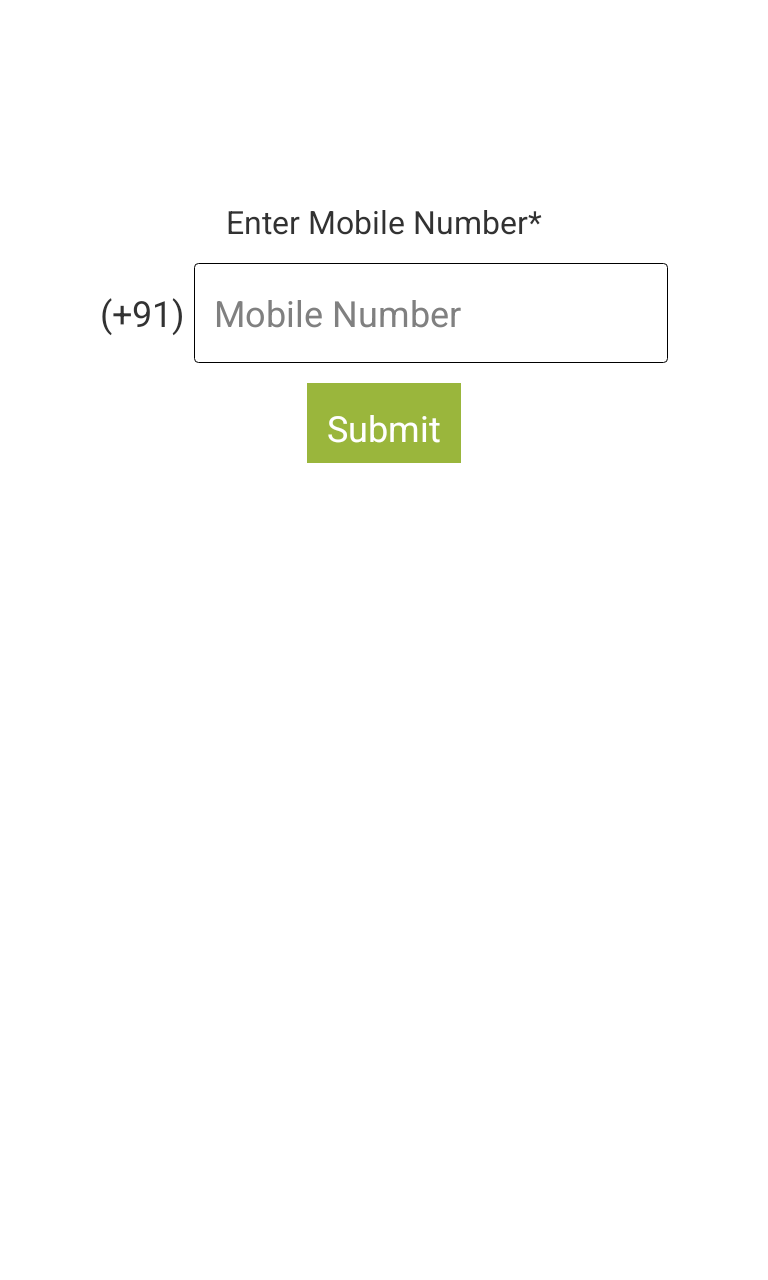
Repository: amitvikramjaiswal/amit-work
Layout: MandiTrades/MandiTradesAndroid/res/layout/first_screen.xml
An editor plug-in stored every save of this project. The layout is shown before and after the next save, followed by the edit.
It is drawn on a 768 x 1280 px phone screen (xhdpi) without system bars, with theme AppTheme; the app's code is not run.

Above is the layout before, as saved 2014-11-15 01:08:28.

After the next save:
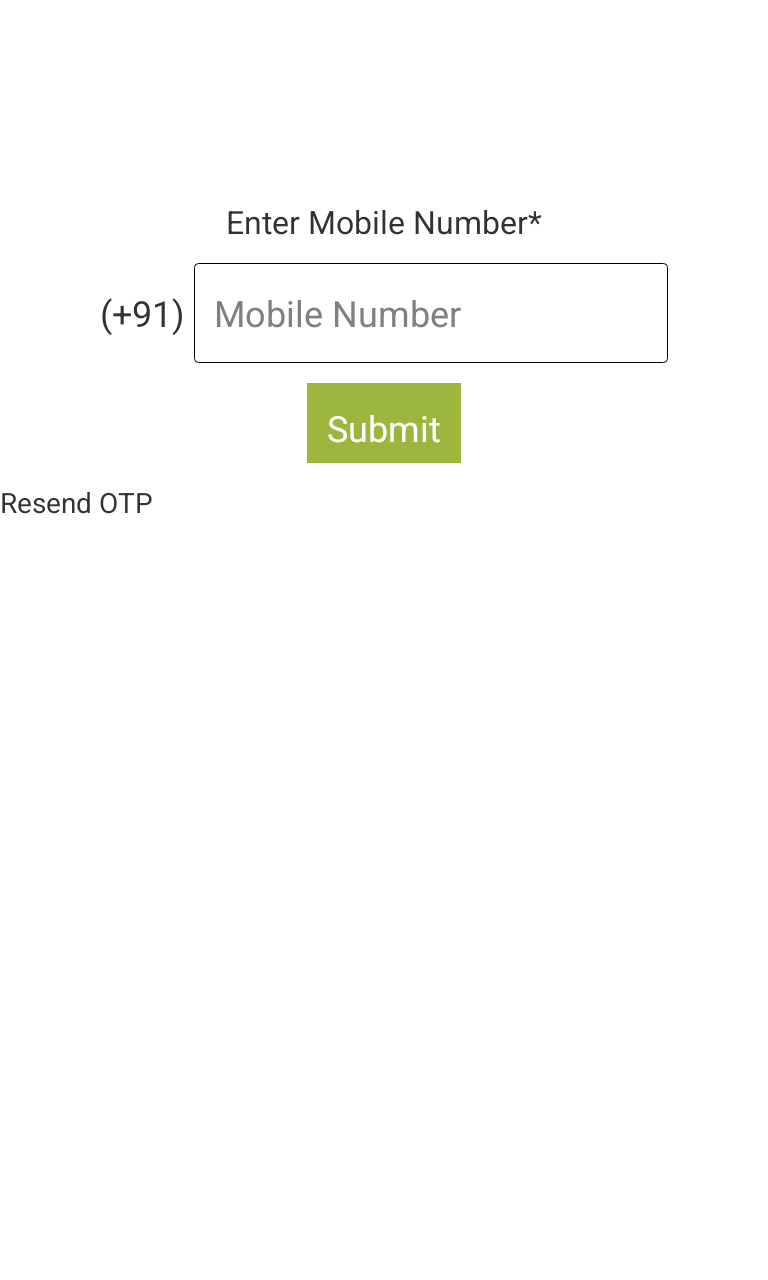
Saved 26 s later.
--- a/MandiTrades/MandiTradesAndroid/res/layout/first_screen.xml
+++ b/MandiTrades/MandiTradesAndroid/res/layout/first_screen.xml
@@ -105,6 +105,7 @@
 
     <TextView
         android:layout_width="wrap_content"
-        android:layout_height="wrap_content" />
+        android:layout_height="wrap_content"
+        android:text="Resend OTP" />
 
 </LinearLayout>
